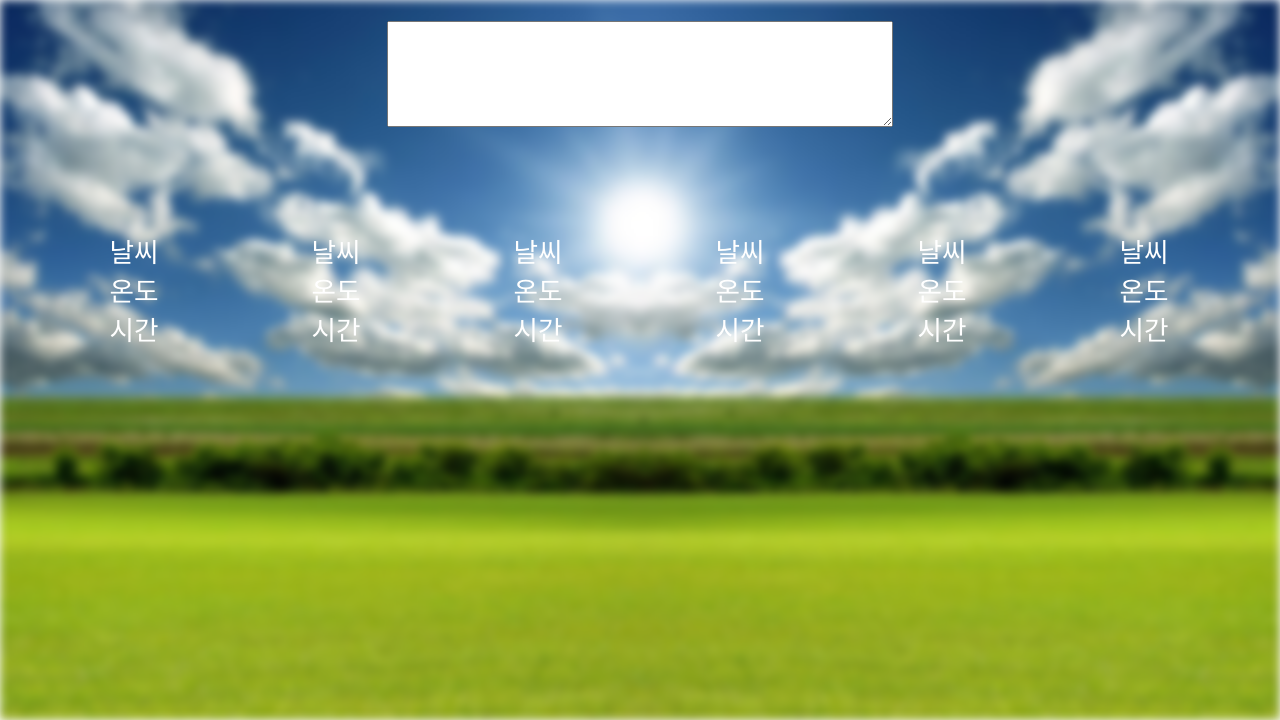
Repository: RyoTTa/4-1-Web-Programming
Page: SoloProject/Project/WebContent/index.html
An editor plug-in stored every save of this project. The page is shown before and after the next save, followed by the edit.
The browser window is 1280 px wide. The pictures show the whole page.
The page's requests for data from a server got no answer.

Above is the page before, as saved 2020-05-05 15:09:00.

After the next save:
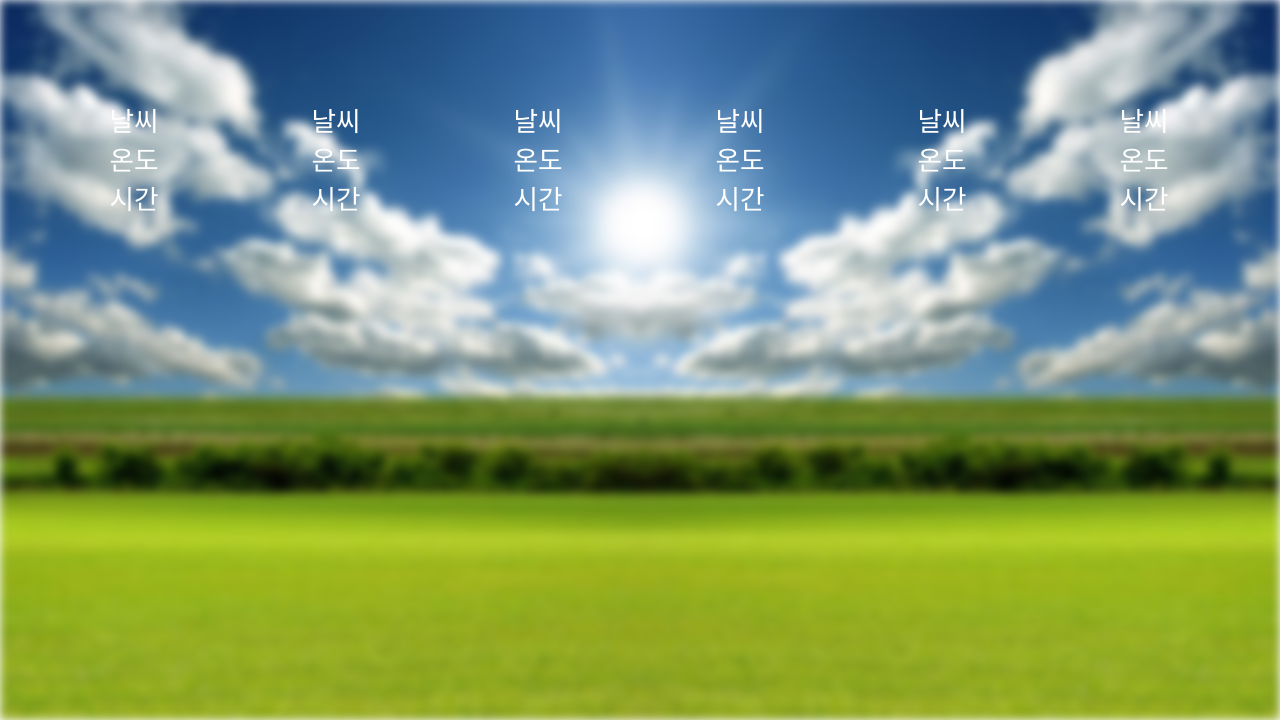
Saved 10 s later.
--- a/SoloProject/Project/WebContent/index.html
+++ b/SoloProject/Project/WebContent/index.html
@@ -12,7 +12,6 @@
 			<div><h2 id="current_time" ></h2></div>
 			<div><h1 id="current_weather"></h1></div>
 			<div id="current_temp"></div>
-			<div><textarea id="chatLog" class="contents" readonly style="width:500px; height:100px"></textarea></div>
 		</center>
 	</div>
 	<div class="forecast_layer_outter">
